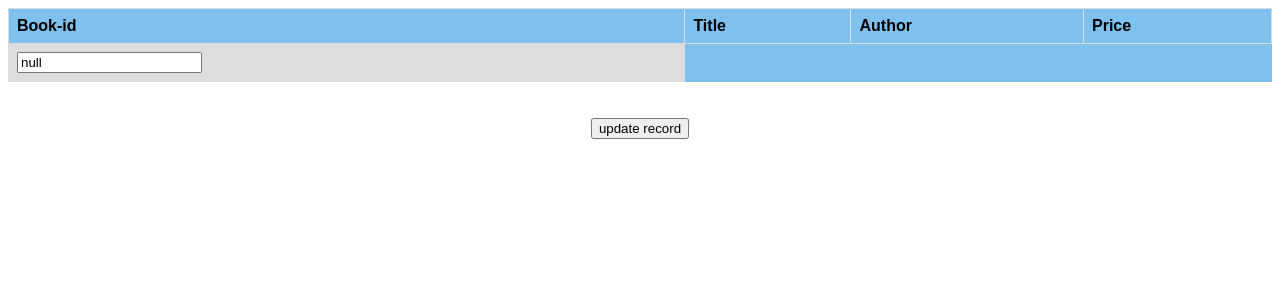
Repository: Saikumar6901/DBSTrainingModules
Page: http://localhost/Bookmanagement/updatedetails.jsp
An editor plug-in stored every save of this project. The page is shown before and after the next save, followed by the edit.
The browser window is 1280 px wide. The pictures show the whole page.
The page is served by Tomcat 9. Other server files are loaded and not shown.

Above is the page before, as saved 2019-08-12 16:16:19.

### eclipse/Bookmanagement/WebContent/updatedetails.jsp
<%@ page language="java" contentType="text/html; charset=ISO-8859-1"
    import="java.sql.*" pageEncoding="ISO-8859-1"%>
<!DOCTYPE html>
<html>
<head>
<meta charset="ISO-8859-1">
<title>Insert title here</title>
<style>
table {
  font-family: arial, sans-serif;
  border-collapse: collapse;
  width: 100%;
  background-color: #7ec0ee;
}

td, th {
  border: 1px solid #dddddd;
  text-align: left;
  padding: 8px;
}

tr:nth-child(even) {
  background-color: #dddddd;
}
.subbutton{
  margin:auto;
  display:block;
}
</style>
</head>
<body>
<form action="Bookdp">
<table>
  <tr>
    <th>Book-id</th>
    <th>Title</th>
    <th>Author</th>
    <th>Price</th>
  </tr>
<td><input type="text" name="bookid" value="
<% out.println(request.getParameter("bookid")); %>
"></td>
<%

String s="update";
Connection conn = null;
Statement stmt = null;
int c=0;
try{
Class.forName("org.mariadb.jdbc.Driver");
conn = DriverManager.getConnection("jdbc:mariadb://localhost:3306/sai", "root", "password");
   System.out.println("Connected database successfully...");
   //STEP 4: Execute a query
   System.out.println("selecting data from table in given database...");
 stmt = conn.createStatement();
  int bookid=Integer.parseInt(request.getParameter("bookid"));
	String sql="select * from book where bookid="+bookid;
	ResultSet rs = stmt.executeQuery(sql);
	while(rs.next()) {
		c++;

%>
<td><input type="text" name="title" value="
 <% out.print(rs.getString(2)); %>
 "></td>
 <td><input type="text" name="author" value="
 <%out.print(rs.getString(3));%>"></td>
 <td><input type="text" name="price" value="<%out.print(rs.getString(4));%>"></td>
 <%
	}
	if(c==0)
		out.println("please check the bookid "+bookid);
}
catch(Exception e){

}
%>
  </table><br></br>
 <input type="hidden" name="bookdetails" value="<%=s%>">
<input type="submit" class="subbutton" value="update record">
</form>
</body>
</html>

After the next save:
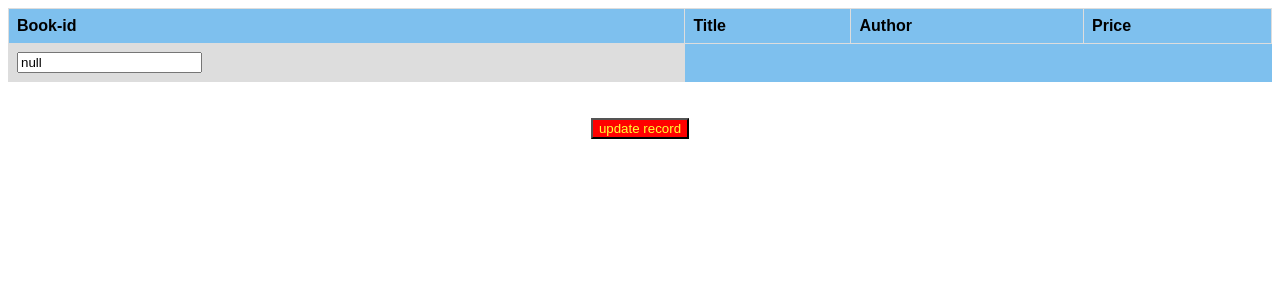
Saved 53 s later.
--- a/eclipse/Bookmanagement/WebContent/updatedetails.jsp
+++ b/eclipse/Bookmanagement/WebContent/updatedetails.jsp
@@ -25,6 +25,8 @@ tr:nth-child(even) {
 .subbutton{
   margin:auto;
   display:block;
+  background-color: #ff0000;
+  color: #FFFF33;
 }
 </style>
 </head>
